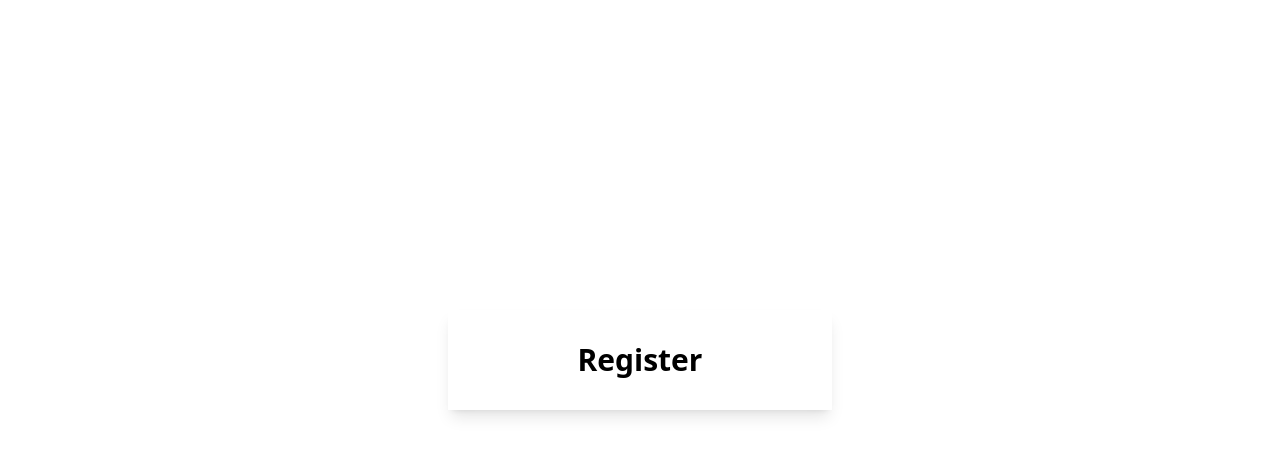
Repository: dydals3440/cool-store
Page: /register
The author's editor kept a copy of each file at every save. The page is drawn from the files as they stood at one save, then again after the next save.
The browser window is 1280 px wide. The pictures show the whole page.
The project was rebuilt for these pictures with package versions that can differ from the ones it lists, and the page was loaded fresh each time. Also part of the build but not shown: vite.config.js, src/pages/About.jsx, src/pages/Cart.jsx, src/pages/Checkout.jsx, src/pages/Error.jsx, src/pages/HomeLayout.jsx, src/pages/Landing.jsx, src/components/SubmitBtn.jsx and 3 more. Imported but missing from the stored project, and not drawn on this page: src/pages/Orders.

Above is the page before, as saved 2023-09-17 21:50:54.

After the next save:
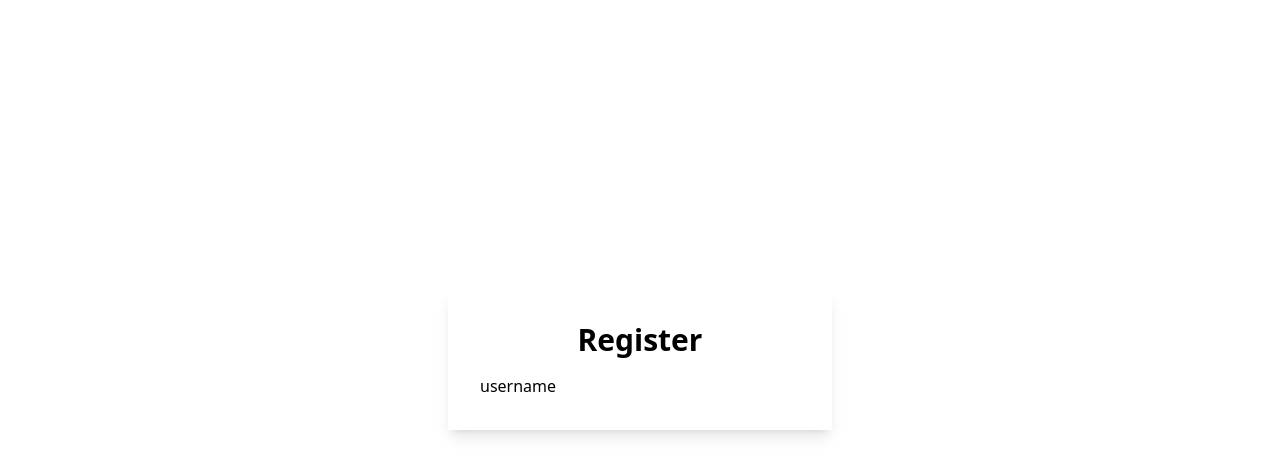
Saved 39 s later.
--- a/src/pages/Register.jsx
+++ b/src/pages/Register.jsx
@@ -9,6 +9,7 @@ const Register = () => {
         className='card w-96 p-8 bg-base-100 shadow-lg flex flex-col gap-y-4'
       >
         <h4 className='text-center text-3xl font-bold'>Register</h4>
+        <FormInput type='text' label='username' name='username' />
       </Form>
     </section>
   );
